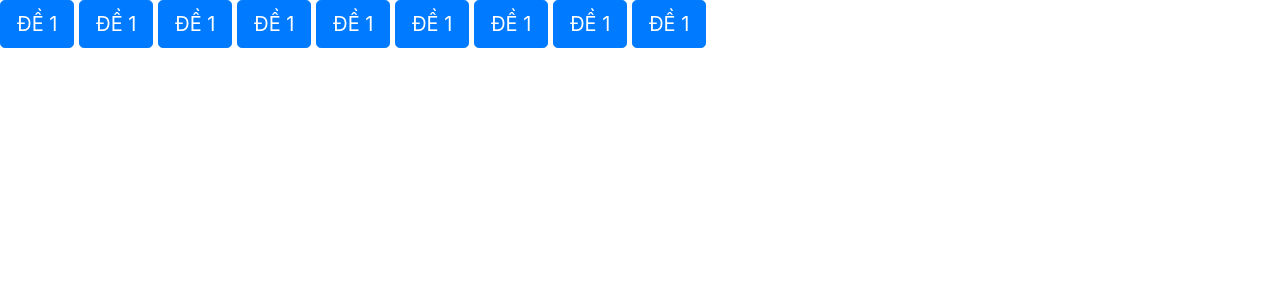
Repository: tunguyenhy222/tunguyenhy222
Page: index.html
The author's editor kept a copy of each file at every save. The page is drawn from the files as they stood at one save, then again after the next save.
The browser window is 1280 px wide. The pictures show the whole page.

Above is the page before, as saved 2021-08-12 21:14:22.

After the next save:
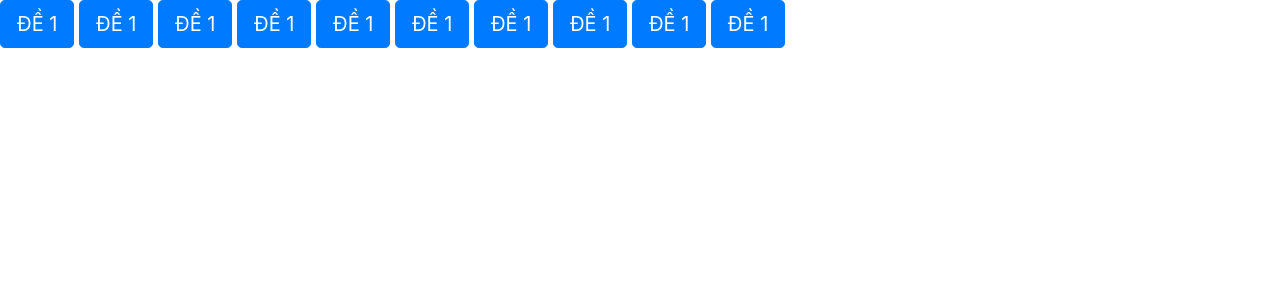
Saved 6 s later.
--- a/index.html
+++ b/index.html
@@ -39,5 +39,6 @@
     <button type="button" class="btn btn-primary btn-lg"><a href="./de/de7.html" style="color: white;">ĐỀ 1</a></button>
     <button type="button" class="btn btn-primary btn-lg"><a href="./de/de8.html" style="color: white;">ĐỀ 1</a></button>
     <button type="button" class="btn btn-primary btn-lg"><a href="./de/de9.html" style="color: white;">ĐỀ 1</a></button>
+    <button type="button" class="btn btn-primary btn-lg"><a href="./de/de9.html" style="color: white;">ĐỀ 1</a></button>
   </body>
 </html>
